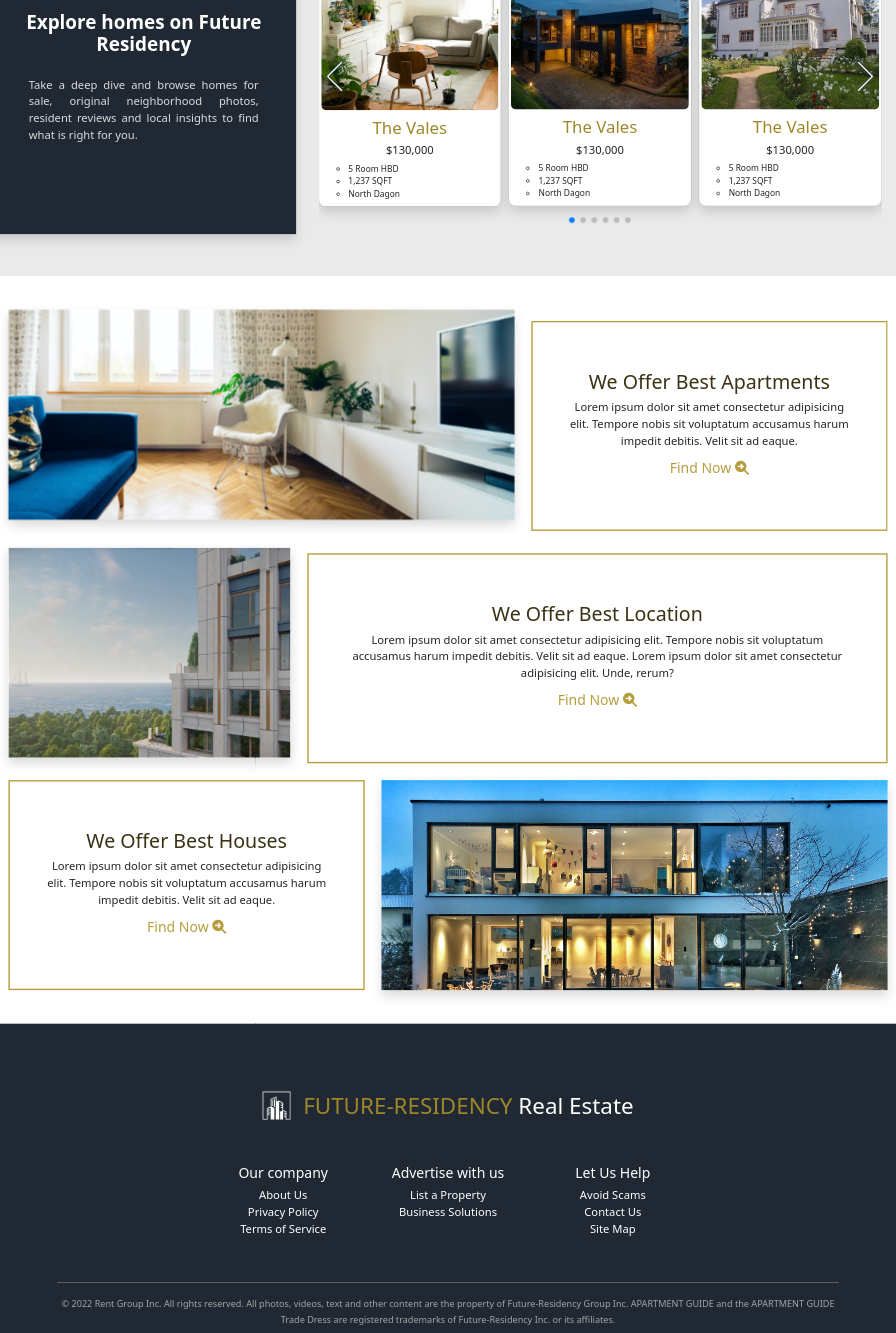
Repository: pyaestk/Future-residency
Page: index.html
The author's editor kept a copy of each file at every save. The page is drawn from the files as they stood at one save, then again after the next save.
The browser window is 1280 px wide. The pictures show the part of the page from y = 879 to 2799 px (the page is 2783 px tall before and 2799 px after), at 70% of full size.
Pictures or frames that could not be fetched are drawn as grey boxes.

Above is the page before, as saved 2022-12-06 22:04:33.
Console error: ReferenceError: widdow is not defined

After the next save:
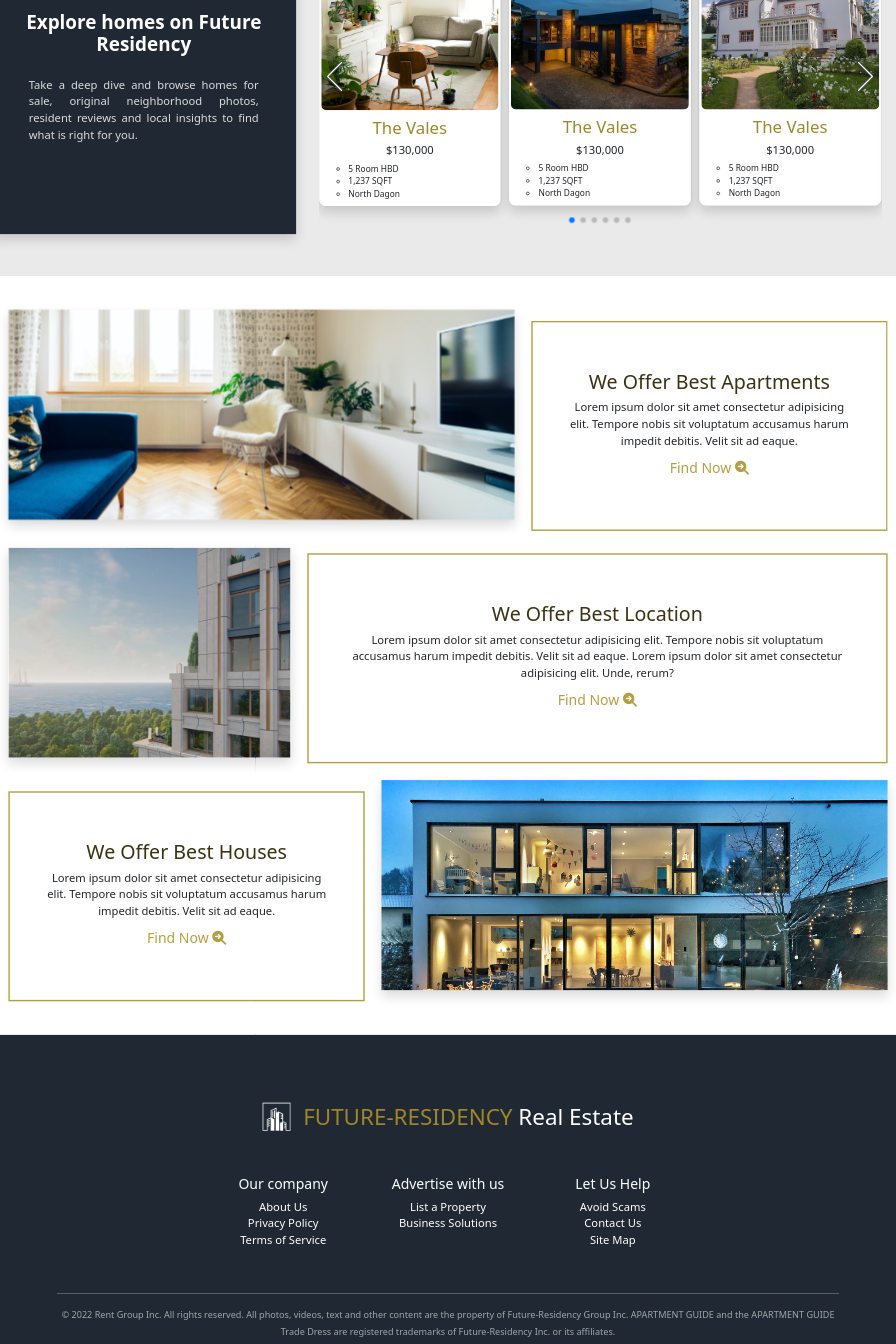
Saved 8 s later.
--- a/index.html
+++ b/index.html
@@ -406,7 +406,7 @@
     <div class="row mt-3 pic2-container">
 
       <div class=" col-md-5 d-flex flex-column justify-content-center">
-        <div class="pic2-caption px-5 d-flex flex-column justify-content-center align-items-center">
+        <div class="pic2-caption mt-3 px-5 d-flex flex-column justify-content-center align-items-center">
           <h3>We Offer Best Houses</h3>
           <span>Lorem ipsum dolor sit amet consectetur adipisicing elit.
             Tempore nobis sit voluptatum accusamus harum impedit debitis.
